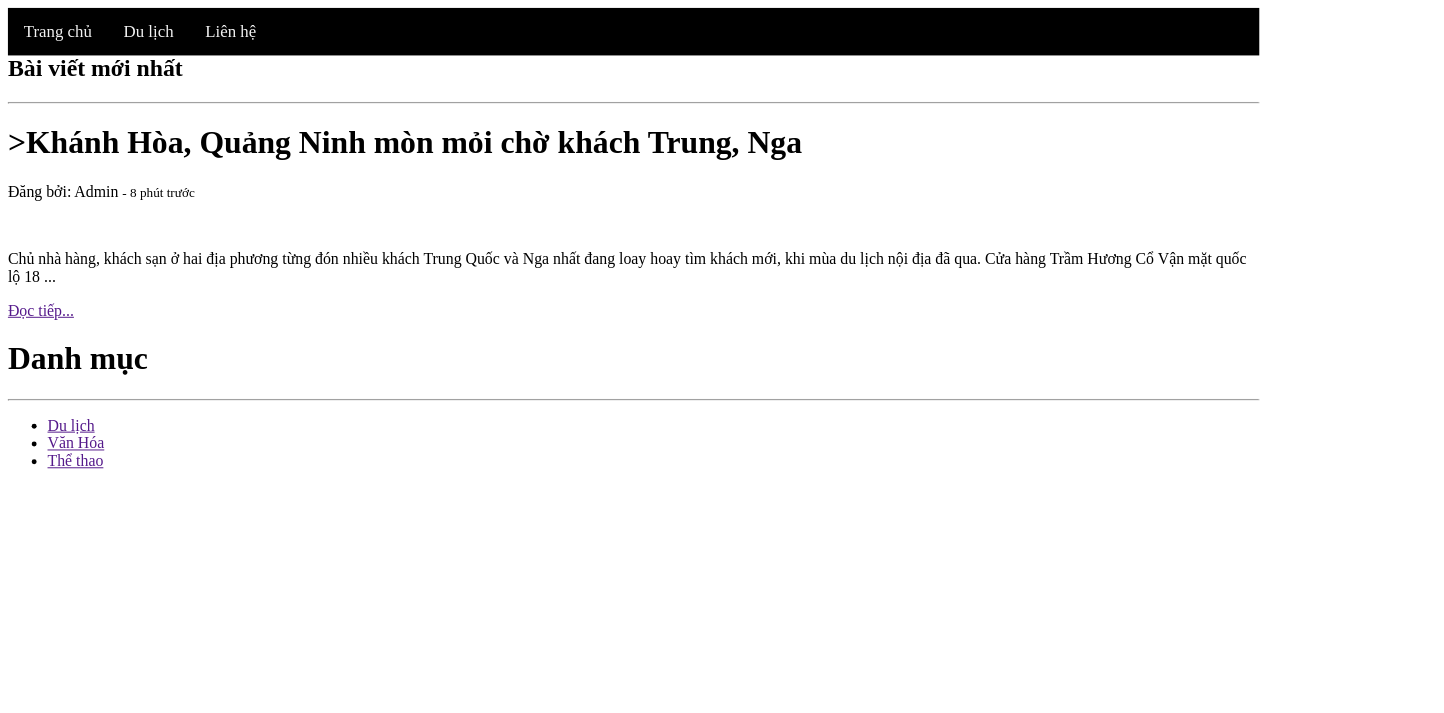
Repository: Lehuyhuynh/BTH2-CSS
Page: BTH3/BTH4/index.html
The author's editor kept a copy of each file at every save. The page is drawn from the files as they stood at one save, then again after a run of saves.
The browser window is 1280 px wide. The page is 1280 px wide, then 1459 px, then 1280 px, so the pictures cover 1459 px, including what lies to the right of the window. The pictures show the whole page, at 99% of full size.

Above is the page before, as saved 2023-08-11 16:53:55.

After the next 2 saves:
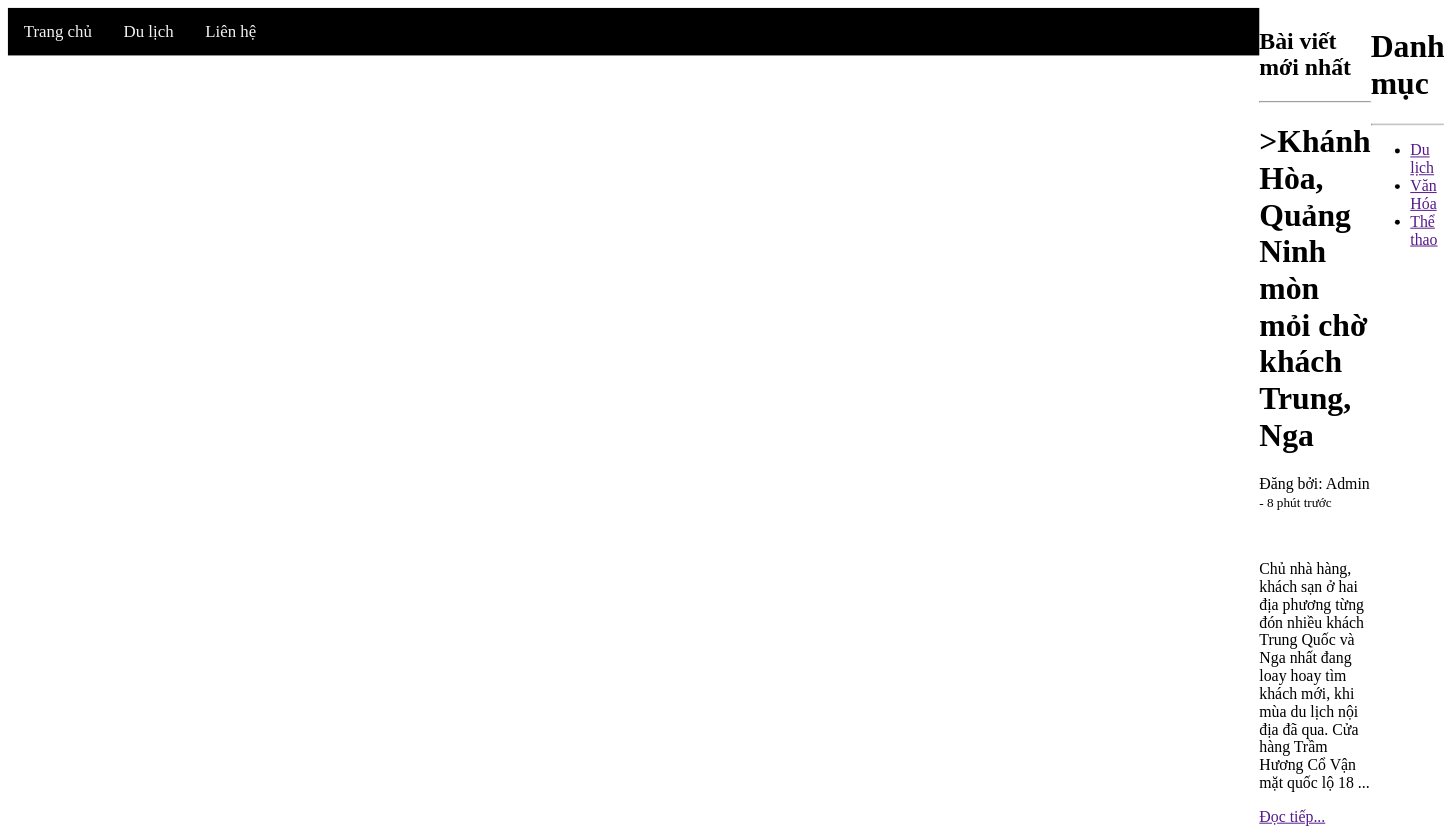
The 2 saves are shown as one change because they came seconds apart.
The last was saved 6 s later.
--- a/BTH3/BTH4/style.css
+++ b/BTH3/BTH4/style.css
@@ -28,5 +28,5 @@
   color: black;
 }
 .contenr{
-  di
+  display: flex;
 }

After the save that followed:
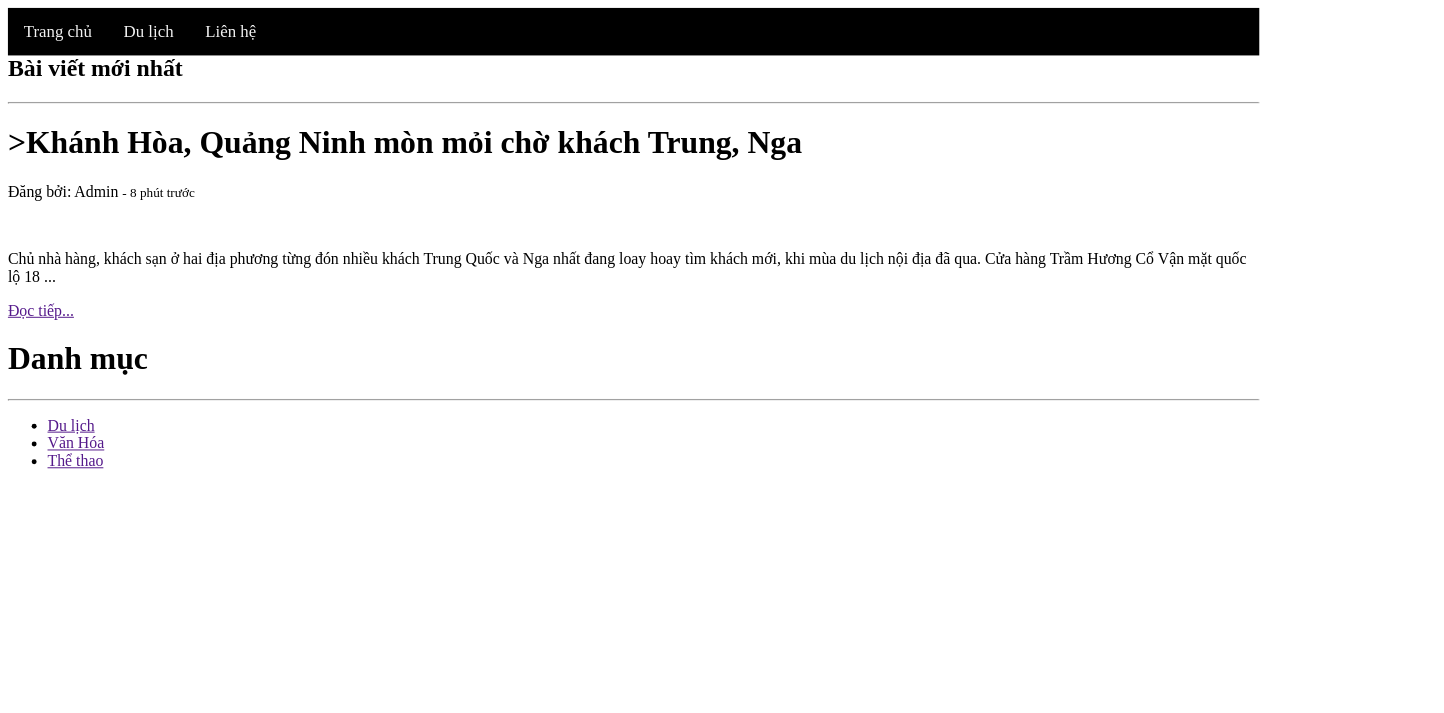
Saved 20 s later.
--- a/BTH3/BTH4/style.css
+++ b/BTH3/BTH4/style.css
@@ -28,5 +28,5 @@
   color: black;
 }
 .contenr{
-  display: flex;
+
 }
